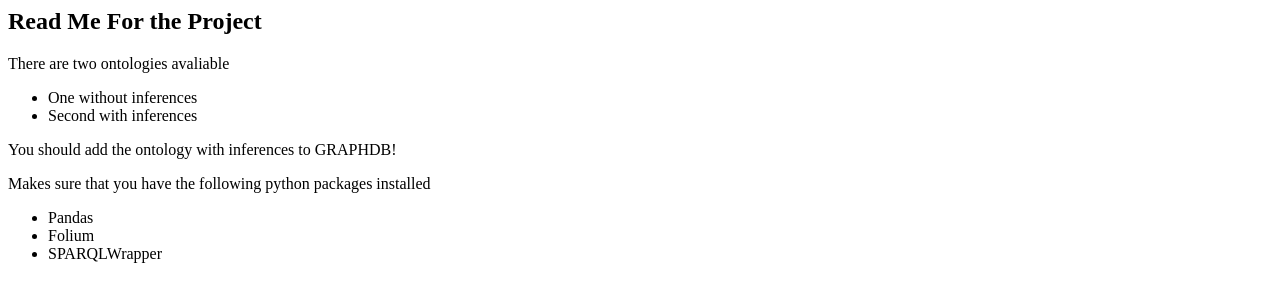
Repository: pawelpiwowarski/Knowledge_and_Data
Page: README.html
The author's editor kept a copy of each file at every save. The page is drawn from the files as they stood at one save, then again after the next save.
The browser window is 1280 px wide. The pictures show the whole page.

Above is the page before, as saved 2022-10-27 22:05:54.

### README.html

<html>

<body>
<h2> Read Me For the Project</h2>
<p> There are two ontologies avaliable</p>
<ul>
<li>
One without inferences
</li>
<li>
Second with inferences
</li>
</ul>

<p> You should add the ontology with inferences to GRAPHDB! </p>

<p> Makes sure that you have the following python packages installed<p>

<ul>
<li>
Pandas
</li>
<li>
Folium
</li>
<li>
SPARQLWrapper
</li>
</ul>
</body>
</html>

After the next save:
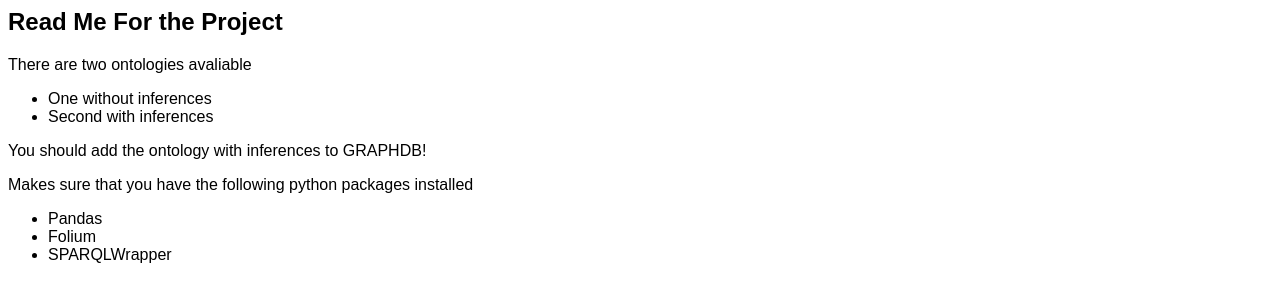
Saved 22 s later.
--- a/README.html
+++ b/README.html
@@ -1,6 +1,13 @@
 
 <html>
+<head>
 
+<title>README</title>
+<style>
+
+body { font-family: sans-serif; font-size: 12pt; }
+</style>
+</head>
 <body>
 <h2> Read Me For the Project</h2>
 <p> There are two ontologies avaliable</p>
